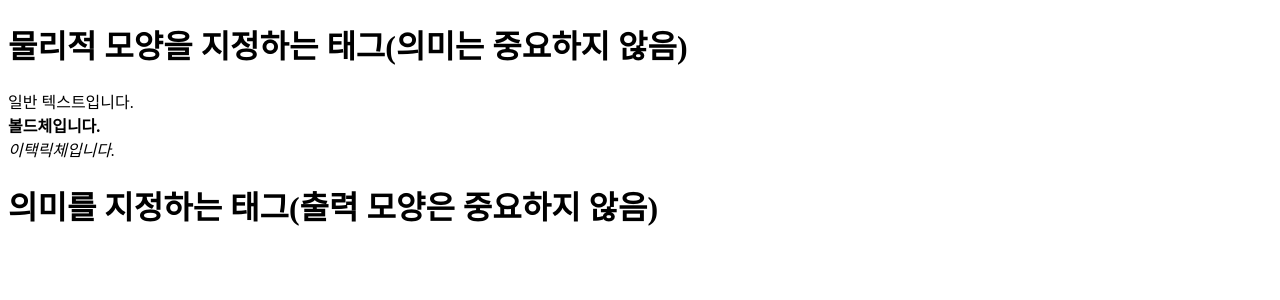
Repository: JeongWoo-Jang/Edu-Backup
Page: 5. HTML & CSS & JSP/ClientTest/WebContent/ex09_style.html
These files come from the project's save history. The page is drawn as it stood at one moment and after the next save; the edit follows.
The browser window is 1280 px wide. The pictures show the whole page.

Above is the page before, as saved 2020-06-19 00:41:56.

After the next save:
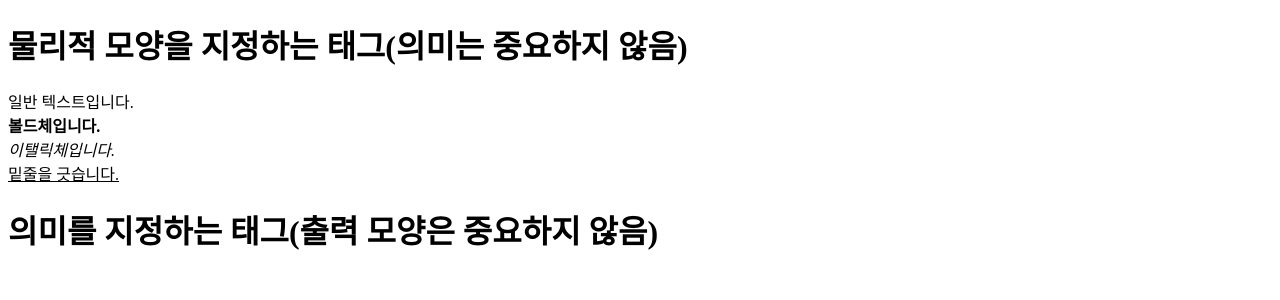
Saved 31 s later.
--- a/5. HTML & CSS & JSP/ClientTest/WebContent/ex09_style.html
+++ b/5. HTML & CSS & JSP/ClientTest/WebContent/ex09_style.html
@@ -9,7 +9,8 @@
 	<h1>물리적 모양을 지정하는 태그(의미는 중요하지 않음)</h1>
 	일반 텍스트입니다.<br>
 	<b>볼드체입니다.</b><br> <!-- bold -->
-	<i>이택릭체입니다.</i><br> <!-- italic -->
+	<i>이탤릭체입니다.</i><br> <!-- italic -->
+	<u>밑줄을 긋습니다.</u><br> <!-- underline -->
 
 	<h1>의미를 지정하는 태그(출력 모양은 중요하지 않음)</h1>
 
